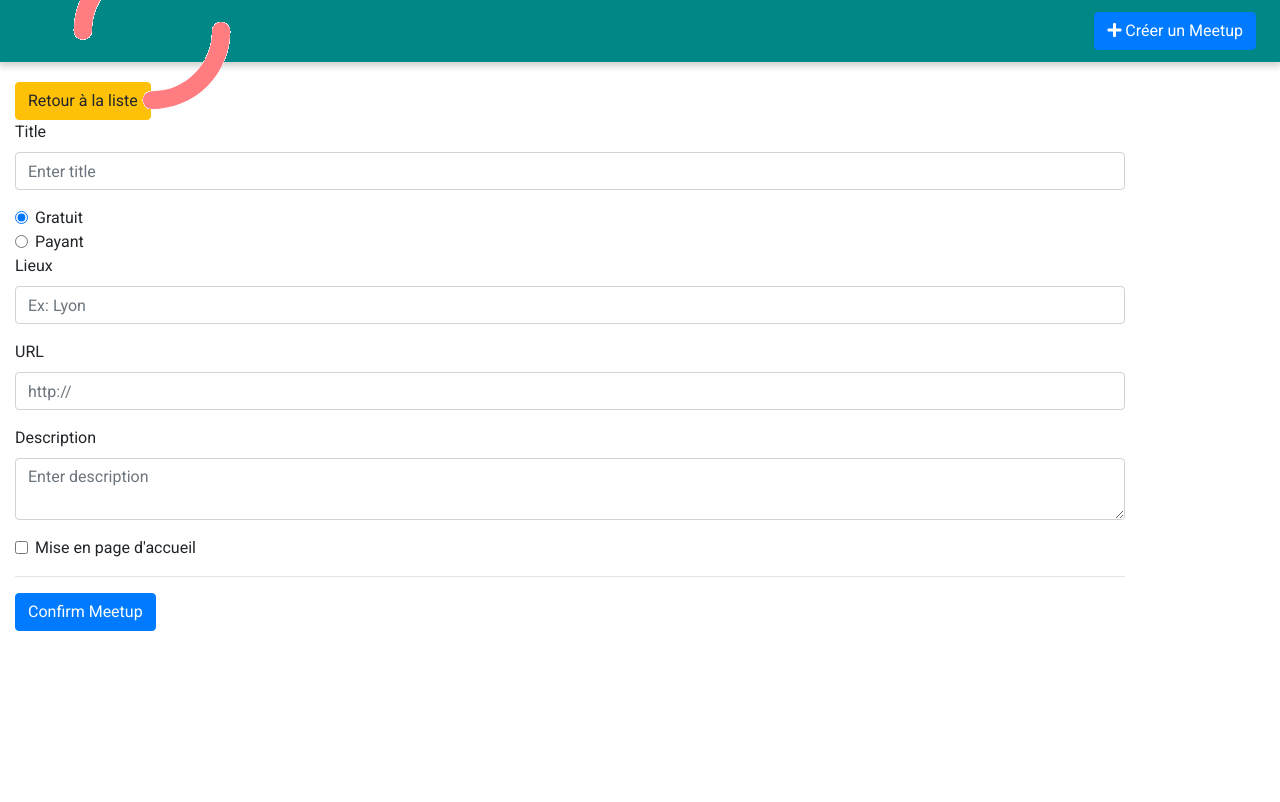
Repository: Symfomany/backandfront
Page: /create (app in front/)
The author's editor kept a copy of each file at every save. The page is drawn from the files as they stood at one save, then again after the next save.
The browser window is 1280 px wide. The pictures show the whole page.
The page's requests for data from a server got no answer. Some web libraries are served in a nearby version. The project was rebuilt for these pictures with package versions that can differ from the ones it lists, and the page was loaded fresh each time. No one was signed in, and anything a server would have sent is missing. Also part of the build but not shown: front/src/Meetup.css, front/src/Meetup.js, front/src/Liste.css, front/src/Liste.js.

Above is the page before, as saved 2018-05-28 20:56:52.

After the next save:
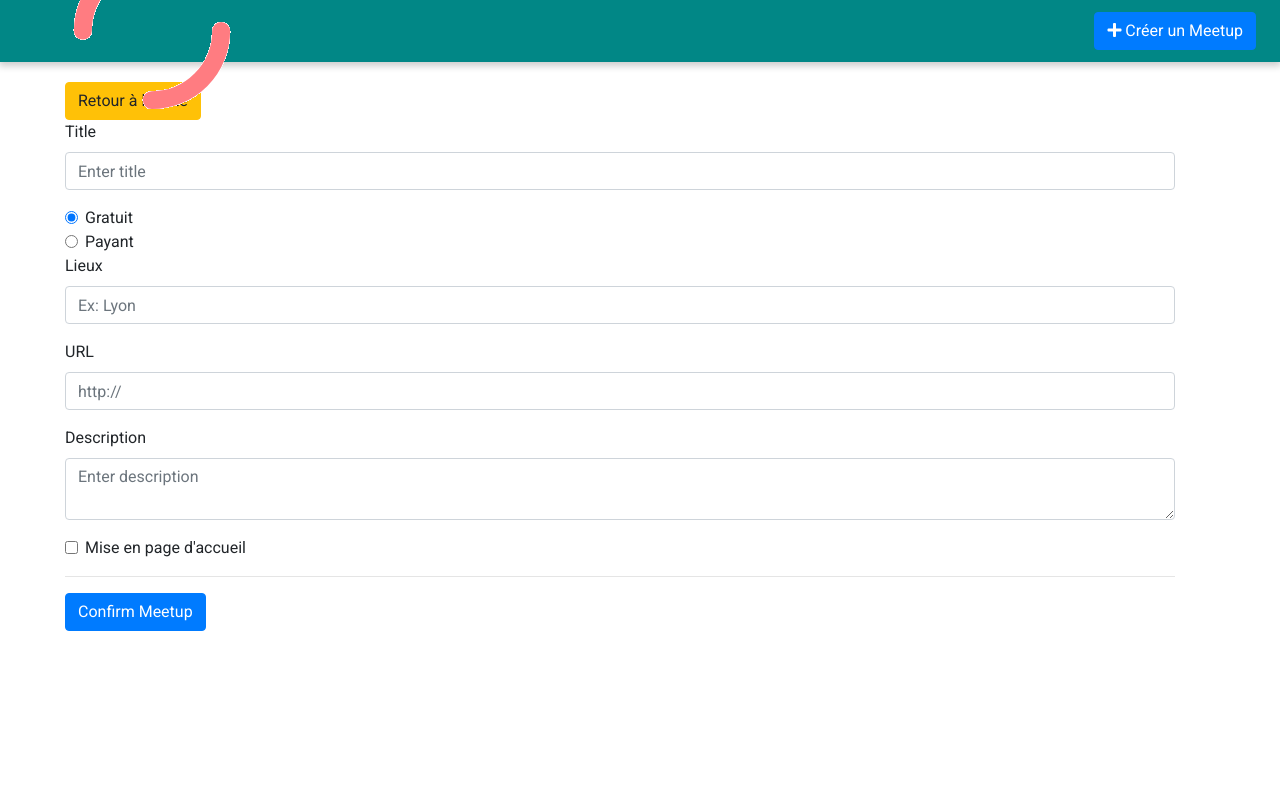
Saved 11 s later.
--- a/front/src/App.css
+++ b/front/src/App.css
@@ -1,7 +1,7 @@
 .animated-page-wrapper {
   position: absolute;
   top: 82px;
-  left: 0;
+  left: 50px;
   width: 100%;
   height: 100%;
 }
